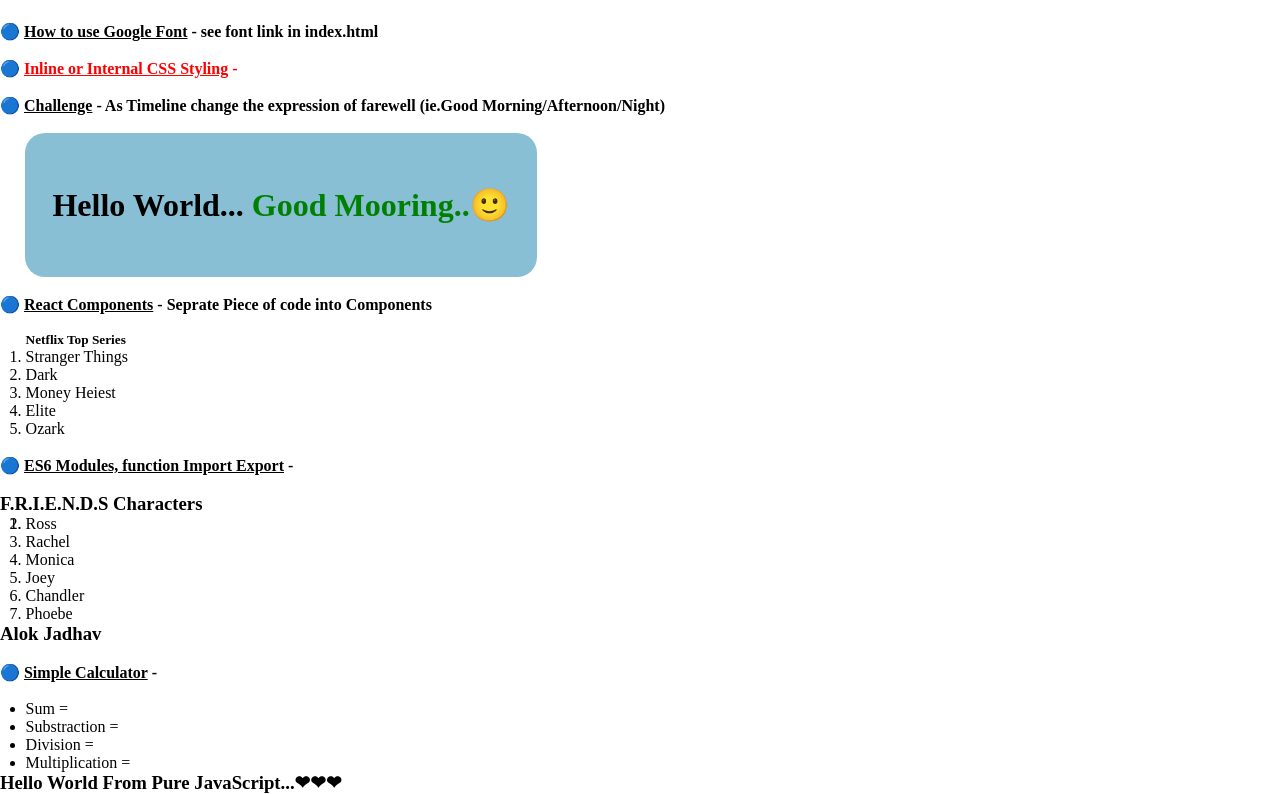
Repository: AalokJadhav/Being_ReactJS
Page: /
An editor plug-in stored every save of this project. The page is shown before and after the next save, followed by the edit.
The browser window is 1280 px wide. The pictures show the part of the page from y = 620 to 1414 px (the page is 1414 px tall).
The project was rebuilt for these pictures with package versions that can differ from the ones it lists, and the page was loaded fresh each time.

Above is the page before, as saved 2021-10-16 15:31:32.

### public/index.html
<!DOCTYPE html>
<html lang="en">

<head>
  <meta charset="utf-8" />
  <link rel="icon" href="%PUBLIC_URL%/favicon.ico" />
  <meta name="viewport" content="width=device-width, initial-scale=1" />
  <meta name="theme-color" content="#000000" />
  <meta name="description" content="Web site created using create-react-app" />
  <link rel="apple-touch-icon" href="%PUBLIC_URL%/logo192.png" />
  <!--
      manifest.json provides metadata used when your web app is installed on a
      user's mobile device or desktop. See https://developers.google.com/web/fundamentals/web-app-manifest/
    -->
  <link rel="manifest" href="%PUBLIC_URL%/manifest.json" />
  <link rel="preconnect" href="https://fonts.googleapis.com">
  <link rel="preconnect" href="https://fonts.gstatic.com" crossorigin>
  <link href="https://fonts.googleapis.com/css2?family=Josefin+Slab:ital,wght@1,200&display=swap" rel="stylesheet">
  <!--
      Notice the use of %PUBLIC_URL% in the tags above.
      It will be replaced with the URL of the `public` folder during the build.
      Only files inside the `public` folder can be referenced from the HTML.

      Unlike "/favicon.ico" or "favicon.ico", "%PUBLIC_URL%/favicon.ico" will
      work correctly both with client-side routing and a non-root public URL.
      Learn how to configure a non-root public URL by running `npm run build`.
    -->
  <title>React App</title>
</head>

<body>
  <noscript>You need to enable JavaScript to run this app.</noscript>
  <div id="root"></div>
  <!--
      This HTML file is a template.
      If you open it directly in the browser, you will see an empty page.

      You can add webfonts, meta tags, or analytics to this file.
      The build step will place the bundled scripts into the <body> tag.

      To begin the development, run `npm start` or `yarn start`.
      To create a production bundle, use `npm run build` or `yarn build`.
    -->
</body>

</html>

### src/index.js
// var React = require ('react');
// var ReactDom = require ('react-dom');

import React from 'react';
import ReactDom from 'react-dom';
import './index.css';
import App from './App';
import {AllCharacters, fullName} from './App';

const fullDate = new Date();
const date = fullDate.toLocaleDateString();
const time = fullDate.toLocaleTimeString();

const CurrDate = new Date(2021, 14, 10, 9);
const hour = CurrDate.getHours();
let greeting = '';

const cssStyle = {}

if (hour >= 1 && hour < 12) {
  greeting = 'Good Mooring..🙂';
  cssStyle.color = 'green';
} else if (hour >= 12 && hour < 19) {
  greeting = 'Good Afternoon..🙄';
  cssStyle.color = 'orange';
} else {
  greeting = 'Good Night..😴';
}
const RandomImgUrl = 'https://picsum.photos/2000';
const RandomImgUrl1 = 'https://picsum.photos/900';
const RandomImgUrl2 = 'https://picsum.photos/800';
ReactDom.render(

  //Fragments in ReactJS - Use <> </>  or <React.Fragment></React.Fragment>
  <>

    <h1 className="heading">Being React</h1><br />
    <h3>Hello  World From ReactJS...✋</h3><br />

    <h4>🔵 <u>Display Current date and time in JSX</u> -</h4><br />
    <div className="content">
      <p>Current Date is {`${date}`} </p>
      <p>Current Time is {`${time} `} </p>
    </div>
    <br />

    <h4>🔵 <u>JSX Attributes for random image</u> -</h4><br />
    <div className="img_div">
      <img src={RandomImgUrl} alt='random image1' />
      <img src={RandomImgUrl1} alt='random image2' />
      <img src={RandomImgUrl2} alt='random image3' />
    </div>
    <br />

    <h4>🔵 <u>How to use Google Font</u> -  see font link in index.html </h4>
    <div className="content">

    </div>
    <br />

    <h4 style={{ color: 'red', fontFamily: 'serif' }}>🔵 <u>Inline or Internal CSS Styling</u> -</h4>
    <div className="content">

    </div>
    <br />

    <h4>🔵 <u>Challenge</u> - As Timeline change the expression of farewell (ie.Good Morning/Afternoon/Night)</h4><br />
    <div className="challenge1">
      <h1>Hello World...<span style={cssStyle}> {greeting}</span></h1>
    </div>
    <br />

    <h4>🔵 <u>React Components</u> - Seprate Piece of code into Components</h4><br />
    <App />
    <br />

    <h4>🔵 <u>ES6 Modules, function Import Export</u> - </h4><br />
    <div>
      <h3>F.R.I.E.N.D.S Characters</h3>
      <ol className="content">
        <li>{AllCharacters}</li>
      </ol>
      <h3>{fullName()}</h3>
    </div>
    <br />

    <h4>🔵 <u>Simple Calculator</u> - </h4><br />
    <div className="content">
      <ul>
        <li>Sum = </li>
        <li>Substraction =</li>
        <li>Division = </li>
        <li>Multiplication =</li>
      </ul>
    </div>
  </>,
  document.getElementById('root'));
<br />



// In Pure JavaScript
var h3 = document.createElement('h3');
h3.innerHTML = 'Hello  World From Pure JavaScript...❤❤❤';
document.getElementById('root').appendChild(h3);

### src/index.css
/* body {
  margin: 0;
  font-family: -apple-system, BlinkMacSystemFont, 'Segoe UI', 'Roboto', 'Oxygen',
    'Ubuntu', 'Cantarell', 'Fira Sans', 'Droid Sans', 'Helvetica Neue',
    sans-serif;
  -webkit-font-smoothing: antialiased;
  -moz-osx-font-smoothing: grayscale;
}

code {
  font-family: source-code-pro, Menlo, Monaco, Consolas, 'Courier New',
    monospace;
} */


*{margin: 0; padding: 0; box-sizing: border-box;};

.heading  h1{
  color: #fa9191;
  align-items: center;
  text-transform: capitalize;
  font-weight: bold;
  padding-left: 2%;
  font-family: 'Josefin Slab', serif;
}

.img_div img{
  width: 33%;
  height: 5%;
  margin: auto;
  padding-left: 2%;
}

.content {
  padding-left: 2%;
}

.challenge1 {
  background-color: rgb(137, 191, 212);
  width: 40%;
  height: 20vh;
  display: flex;
  justify-content: center;
  align-items: center;
  margin-top: -0px;
  margin-left: 25px;
  border-radius: 20px;
}

### src/App.js
import React from "react";
import Heading from "./Heading";
import List from "./List";

const Characters = ['Ross', 'Rachel', 'Monica', 'Joey', 'Chandler', 'Phoebe'];
const AllCharacters = [];

Characters.forEach(function (data) {
    AllCharacters.push(<li>{data}</li>);
});

function fullName() {
    let name = 'Alok Jadhav';
    return name;
}

function App() {

    return (
        <>
        <Heading />
        <List/>
    </>
    );
}

export default App;
export { AllCharacters, fullName};

### src/Heading.jsx
import React from "react";

function  Heading() {
    return (
        <div className="content">
    <h5 style={{fontFamily: 'serif'}}>Netflix Top Series</h5>
    </div>
    )
}

export default Heading;

### src/List.jsx
import React from "react";

function List() {

    return (
        <div className="content">
             <ol>
    <li>Stranger Things</li>
    <li>Dark</li>
    <li>Money Heiest</li>
    <li>Elite</li>
    <li>Ozark</li>
  </ol>
        </div>
    )
}

export default List;

After the next save:
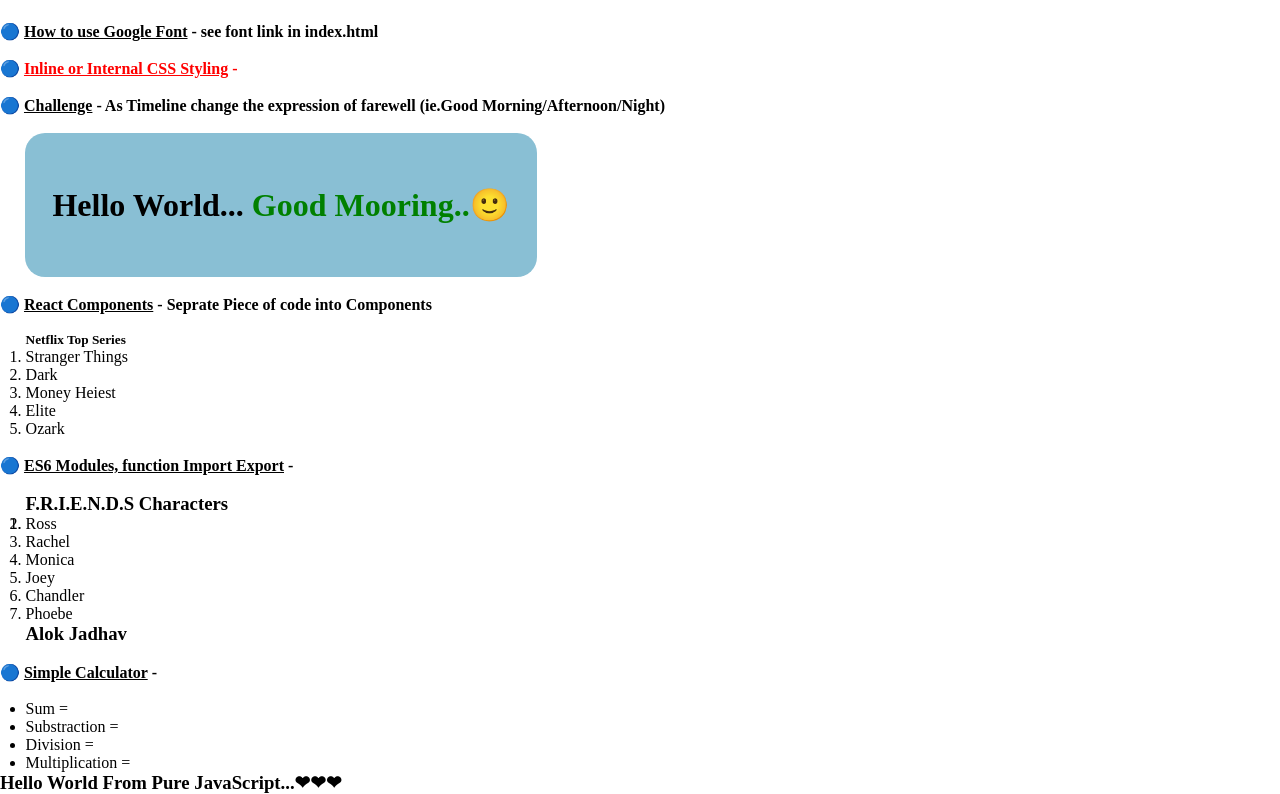
Saved 45 s later.
--- a/src/index.js
+++ b/src/index.js
@@ -75,9 +75,9 @@ ReactDom.render(
     <br />
 
     <h4>🔵 <u>ES6 Modules, function Import Export</u> - </h4><br />
-    <div>
+    <div className="content">
       <h3>F.R.I.E.N.D.S Characters</h3>
-      <ol className="content">
+      <ol >
         <li>{AllCharacters}</li>
       </ol>
       <h3>{fullName()}</h3>
